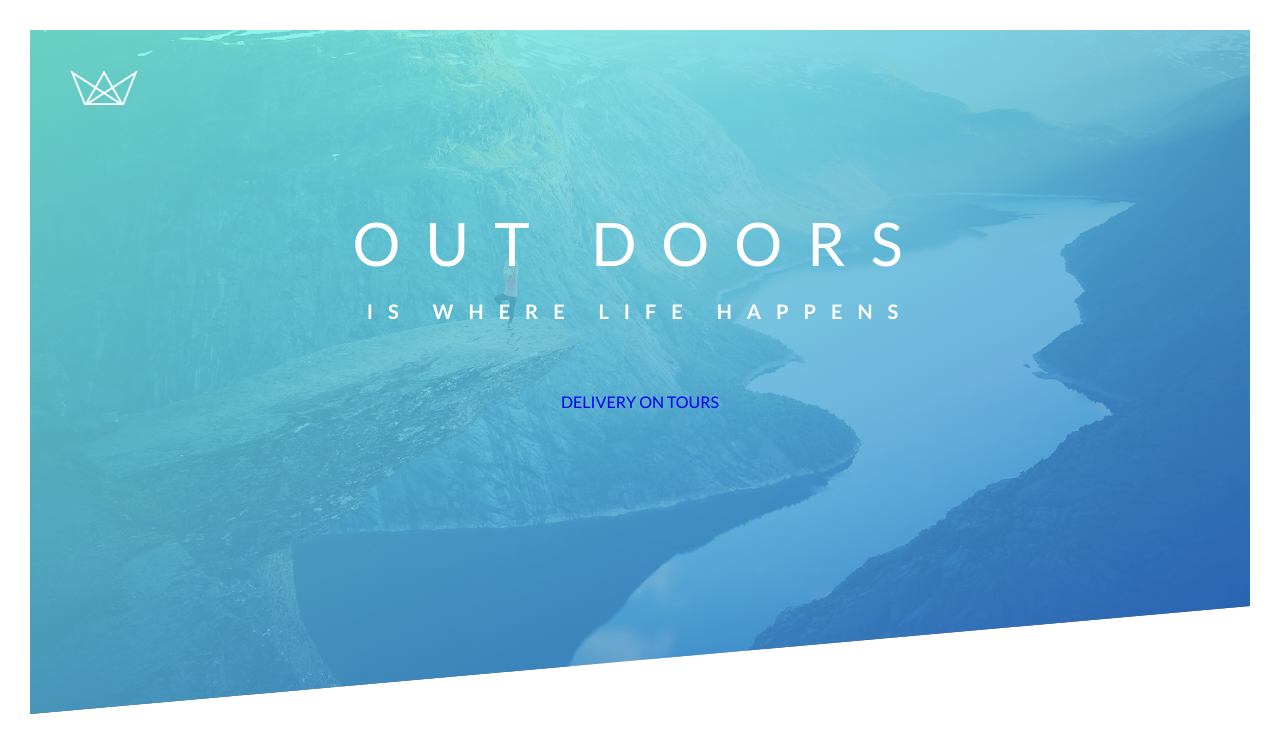
Repository: haokiet2501/natours-page
Page: index.html
The author's editor kept a copy of each file at every save. The page is drawn from the files as they stood at one save, then again after the next save.
The browser window is 1280 px wide. The pictures show the whole page.

Above is the page before, as saved 2022-07-31 19:24:34.

### index.html
<!DOCTYPE html>
<html lang="en">
<head>
    <meta charset="UTF-8">
    <meta http-equiv="X-UA-Compatible" content="IE=edge">
    <meta name="viewport" content="width=device-width, initial-scale=1.0">
    <link rel="shortcut icon" href="img/favicon.png" type="image/x-icon">
    <link rel="stylesheet" href="styles.css">
    <title>Natours</title>
</head>
<body>
    <header class="header">
        <div class="logo">
            <img src="img/logo-white.png" alt="Logo" class="logo-img">
        </div>
        <div class="heading">
            <h1 class="heading-text">
                <span class="heading-subtitle">
                    Out doors
                </span>
                <span class="heading-subtext">
                    is where life happens
                </span>
            </h1>

            <a href="#" class="btn btn-white">Delivery on tours</a>
        </div>
    </header>
</body>
</html>

### styles.css
@import url('https://fonts.googleapis.com/css2?family=Lato:wght@300;400;700;900&display=swap');

* {
    margin: 0;
    padding: 0;
    box-sizing: border-box;
}

:root {
    --lighten-blue: #69ffd7;
    --medium-blue: #3badd4;
    --dark-blue: #1b92c2;
}

body {
    font-family: "Lato", sans-serif;
    line-height: 1.7;
    font-weight: 400;
    font-size: 16px;
    color: #777;
    padding: 30px;
}

html {
    scroll-behavior: smooth;
}

.header {
    position: relative;
    height: 95vh;
    background-image: linear-gradient(
        to right bottom,
        rgba(126, 255, 232, 0.8),
        rgba(40, 107, 208, 0.8)
        ) ,url("./img/hero.jpg");
    background-size: cover;
    background-position: top;
    clip-path: polygon(0 0, 100% 0, 100% 80vh, 0 100%);
}

.logo {
    position: absolute;
    top: 40px;
    left: 40px;
}

.logo-img {
    height: 35px;
}

.heading {
    position: absolute;
    top: 40%;
    left: 50%;
    transform: translate(-50%, -50%);
    text-align: center;
}

.heading-text {
    color: #fff;
    text-transform: uppercase;
    backface-visibility: hidden;

    margin-bottom: 60px;
}

.heading-subtitle {
    display: block;
    font-size: 60px;
    font-weight: 400;
    letter-spacing: 25px;
    animation: 1s moveLeft ease-out;
}

.heading-subtext {
    display: block;
    font-size: 20px;
    font-weight: 700;
    letter-spacing: 15px;
    animation: 1s moveRight ease-out;
}

@keyframes moveLeft{
    0% {
        opacity: 0;
        transform: translateX(-100px);
    }
    80% {
        transform: translateX(20px);
    }
    100% {
        opacity: 1;
        transform: translate(0);
    }
}

@keyframes moveRight{
    0% {
        opacity: 0;
        transform: translateX(100px);
    }
    80% {
        transform: translateX(-20px);
    }
    100% {
        opacity: 1;
        transform: translate(0);
    }
}

.btn:link,
.btn:visited {
    text-decoration: none;
    text-transform: uppercase;
    pad
}

After the next save:
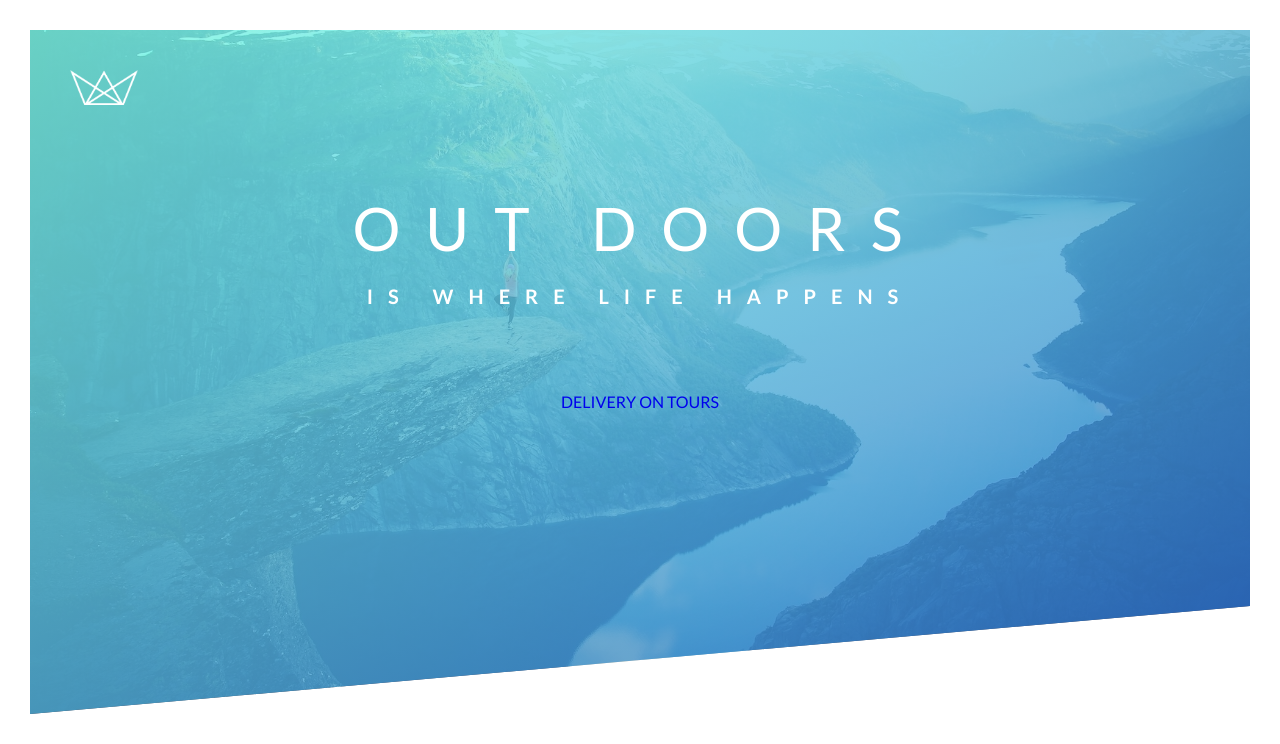
Saved 8 s later.
--- a/styles.css
+++ b/styles.css
@@ -112,5 +112,6 @@ html {
 .btn:visited {
     text-decoration: none;
     text-transform: uppercase;
-    pad
+    padding: 15px 40px;
+    display: inline-block;
 }
